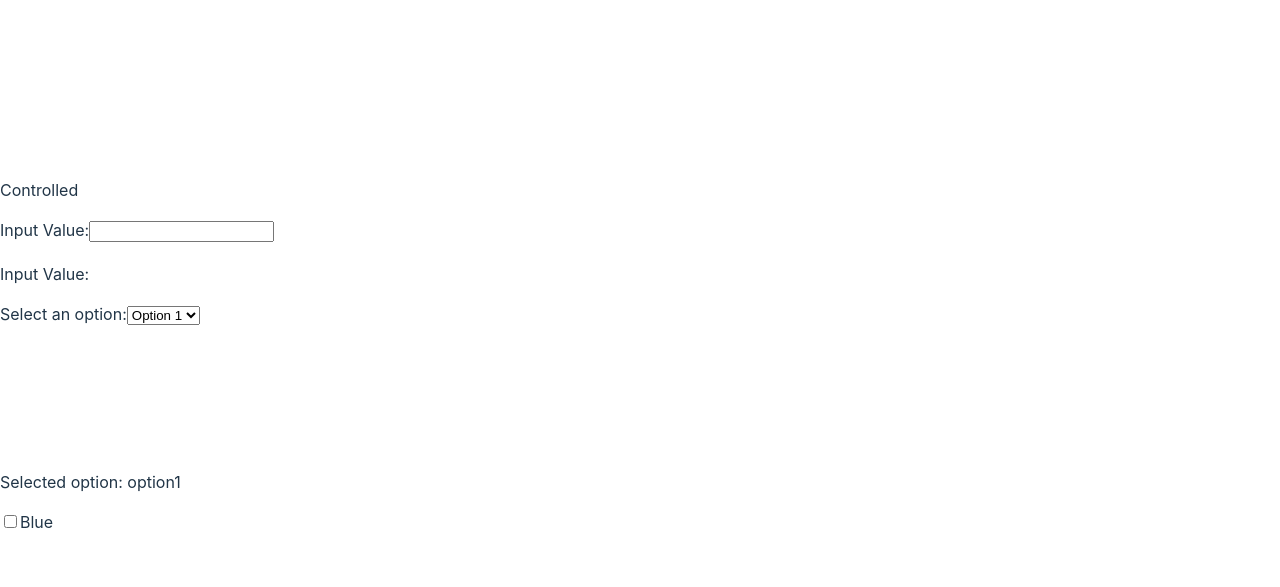
Repository: MariJafari/React-Form
Page: / (app in Desktop/Vite_jsx (3)/Vite_jsx/React Forms/)
An editor plug-in stored every save of this project. The page is shown before and after the next save, followed by the edit.
The browser window is 1280 px wide. The pictures show the whole page.
The project was rebuilt for these pictures with package versions that can differ from the ones it lists, and the page was loaded fresh each time. Also part of the build but not shown: Desktop/Vite_jsx (3)/Vite_jsx/React Forms/vite.config.js.

Above is the page before, as saved 2023-10-28 20:59:04.

After the next save:
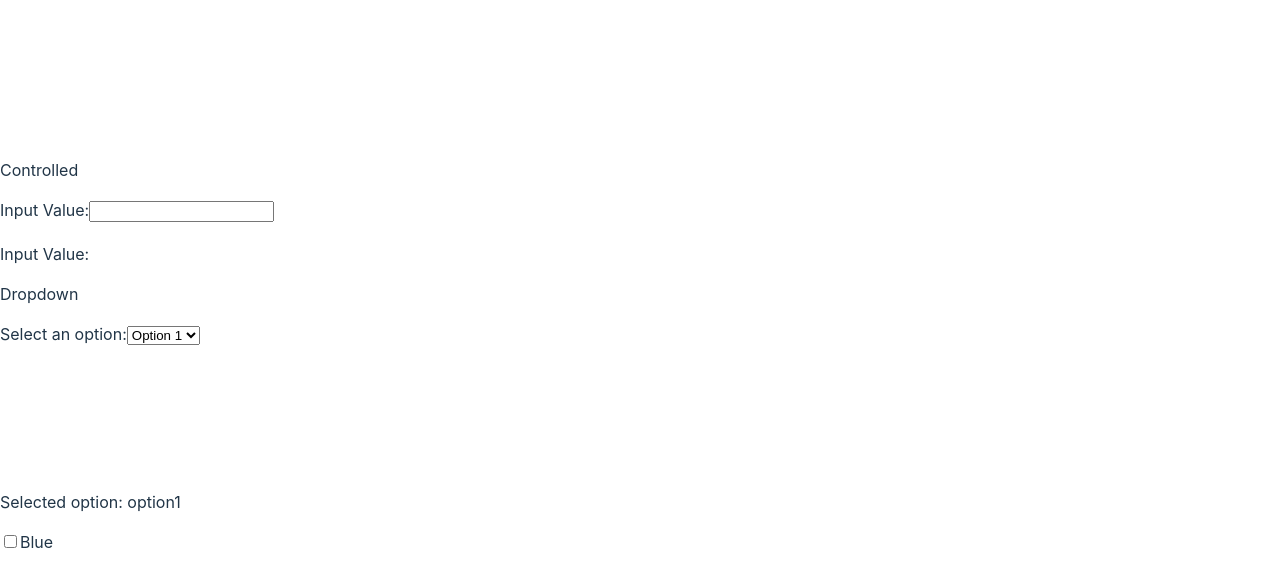
Saved 5 s later.
--- a/Desktop/Vite_jsx (3)/Vite_jsx/React Forms/src/App.jsx
+++ b/Desktop/Vite_jsx (3)/Vite_jsx/React Forms/src/App.jsx
@@ -18,7 +18,7 @@ const App = () => {
  <div>
    <p>Controlled</p>
    {<ControlledComponent />}
-   <p></p>
+   <p>Dropdown</p>
    {<Dropdown />}
    {<Checkbox /> }
  {/*{<Controlled/>}
